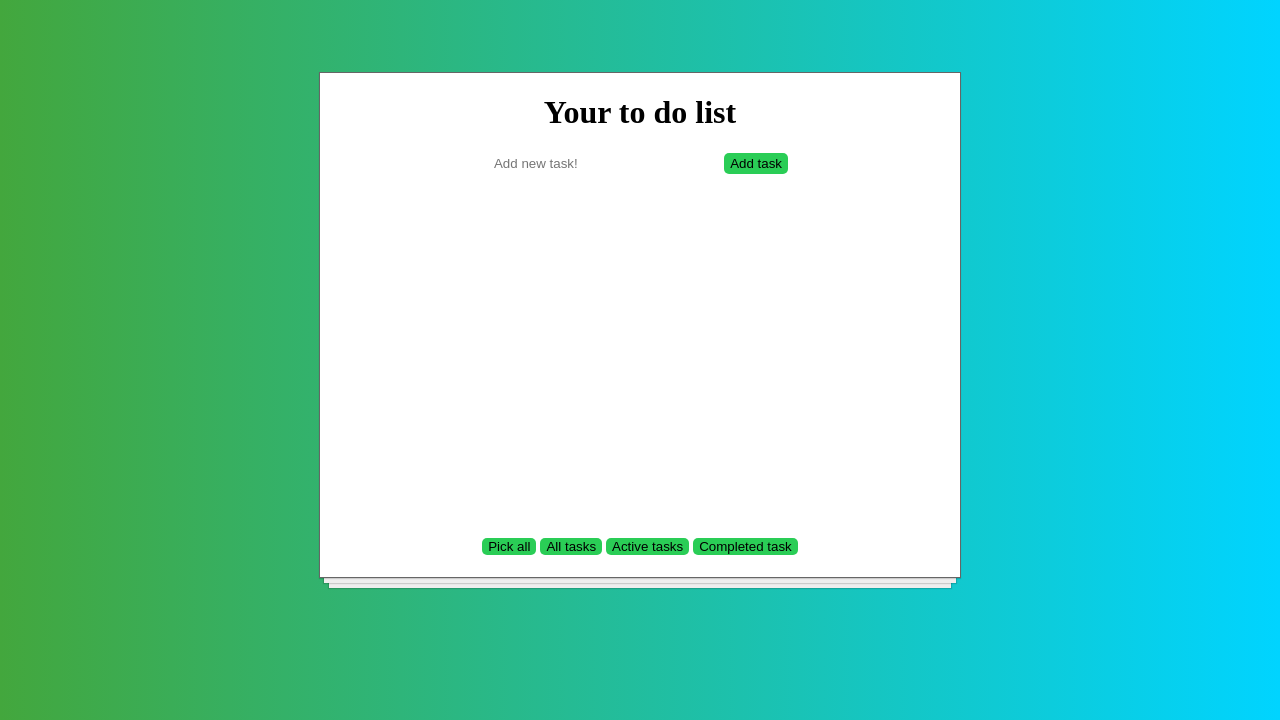
Repository: FetterDev/to-do-v2
Page: index.html
The author's editor kept a copy of each file at every save. The page is drawn from the files as they stood at one save, then again after the next save.
The browser window is 1280 px wide. The pictures show the whole page.

Above is the page before, as saved 2020-07-20 14:33:53.

After the next save:
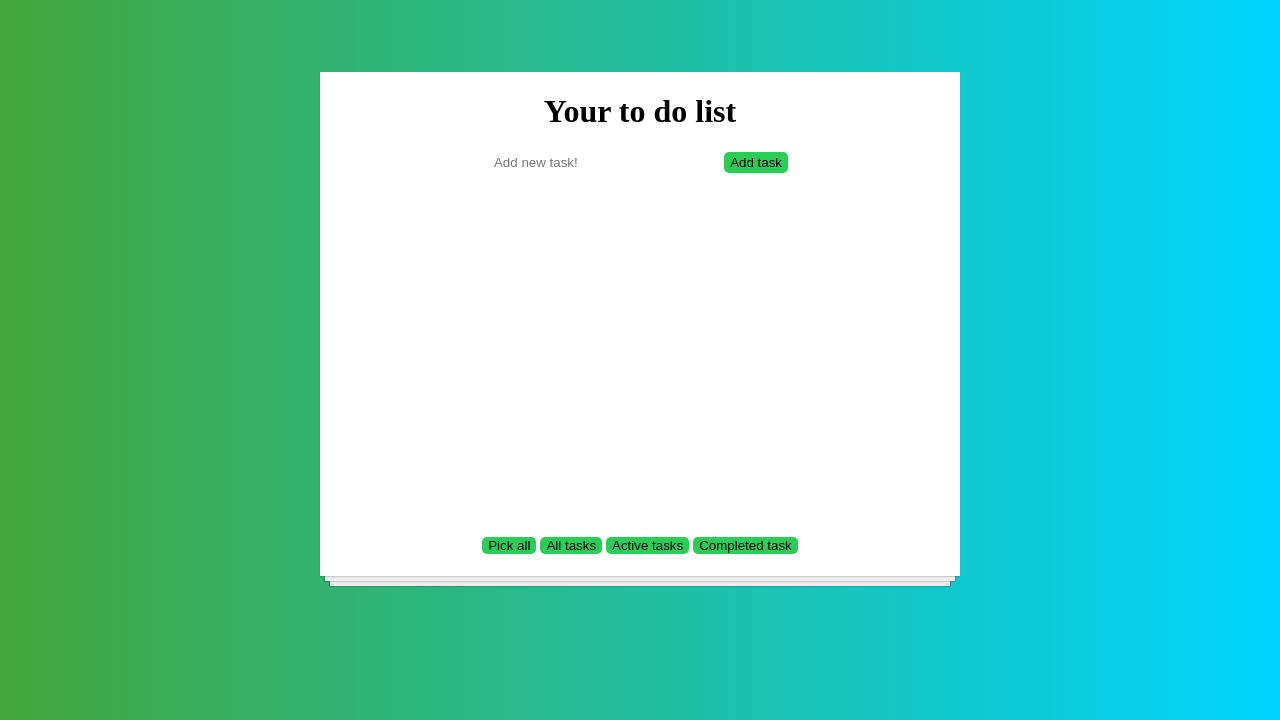
Saved 34 min 36 s later.
--- a/style.css
+++ b/style.css
@@ -17,7 +17,7 @@ h1{
     margin-top: 10vh;
     max-width: 50vw;
     min-height: 70vh;
-    border: 1px solid rgba(0,0 ,0 , 0.6);
+
 }
 .paper {
     background: #fff;
